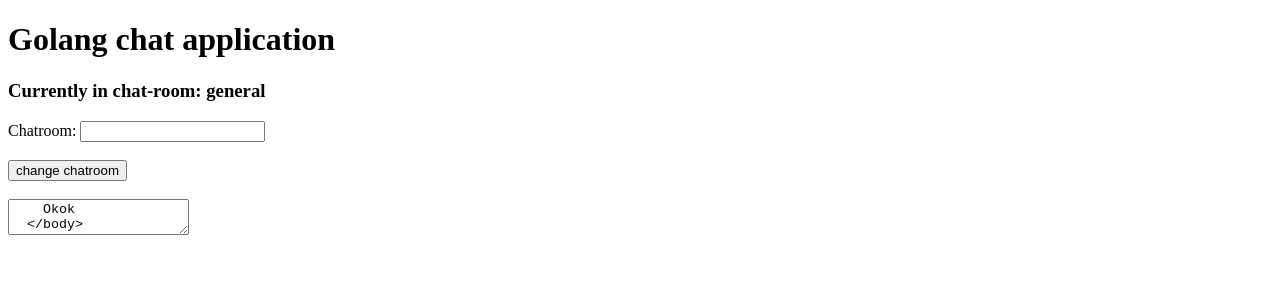
Repository: Lakshyyaa/SimpleWSserver
Page: frontend/index.html
These files come from the project's save history. The page is drawn as it stood at one moment and after the next save; the edit follows.
The browser window is 1280 px wide. The pictures show the whole page.

Above is the page before, as saved 2024-10-30 13:33:17.

After the next save:
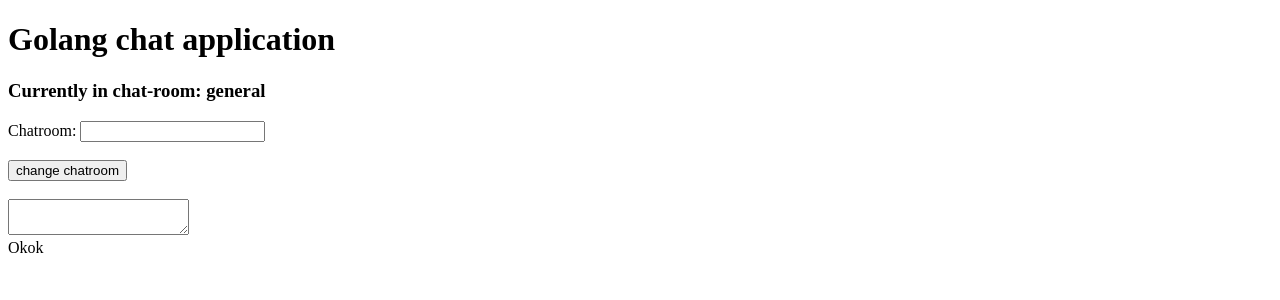
Saved 4 s later.
--- a/frontend/index.html
+++ b/frontend/index.html
@@ -17,7 +17,7 @@
         <input type="submit" value="change chatroom" />
       </form>
       <br>
-      <textarea class="messagearea" id="chatmessages"
+      <textarea class="messagearea" id="chatmessages" readonly></textarea>
     </div>
     Okok
   </body>
